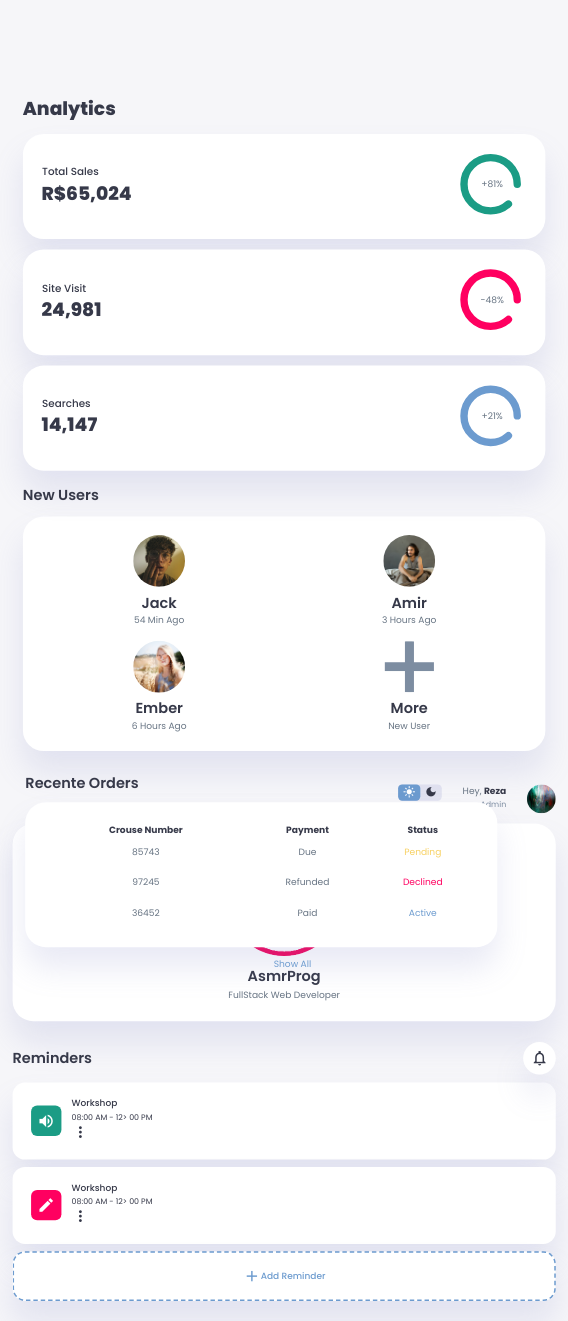
Repository: pheonix5/ProjetosRN-linux
Page: DashBoard/index.html
These files come from the project's save history. The page is drawn as it stood at one moment and after the next save; the edit follows.
The browser window is 768 px wide. The pictures show the whole page, at 74% of full size.

Above is the page before, as saved 2023-08-06 03:38:14.

After the next save:
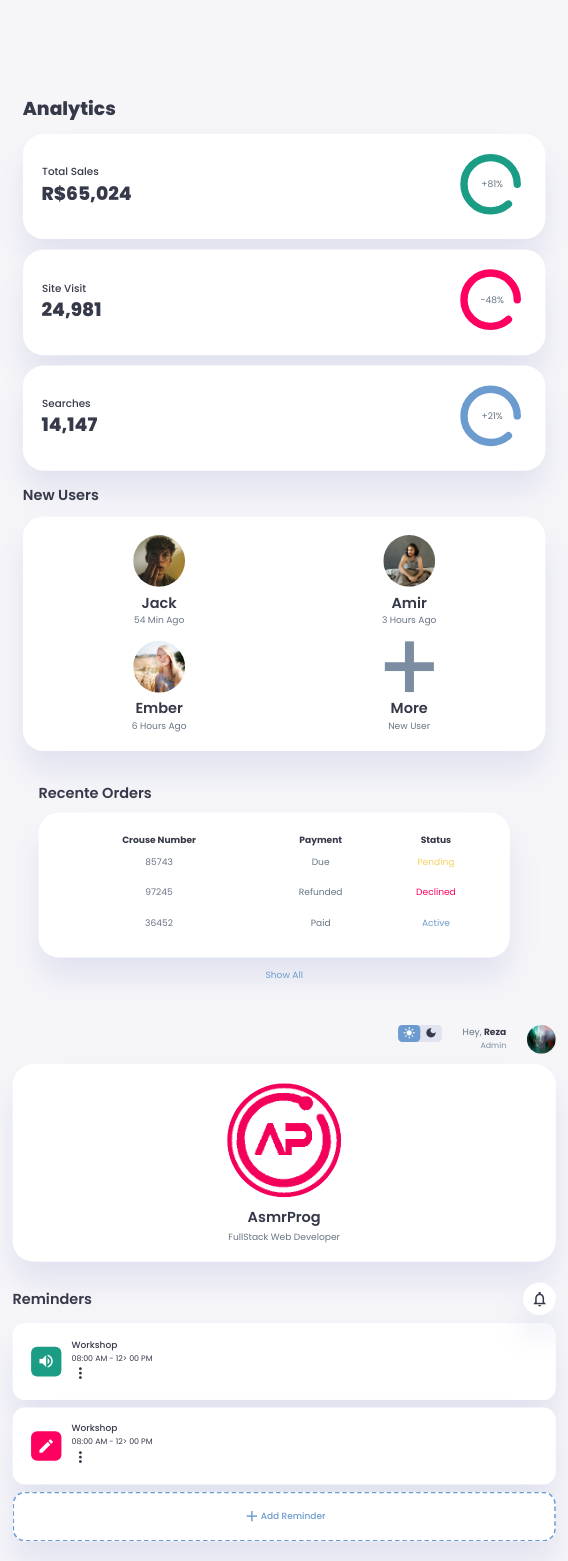
Saved 51 s later.
--- a/DashBoard/style.css
+++ b/DashBoard/style.css
@@ -646,4 +646,13 @@ main .recent-orders a{
     margin-top: 8rem;
     padding: 0 1rem;
   }
-}
+
+  main .new-users .user-list .user{
+    flex-basis: 35%;
+  }
+
+  main .recent-orders{
+    position: relative;
+    margin: 3rem 0 0 0;
+  }
+}
